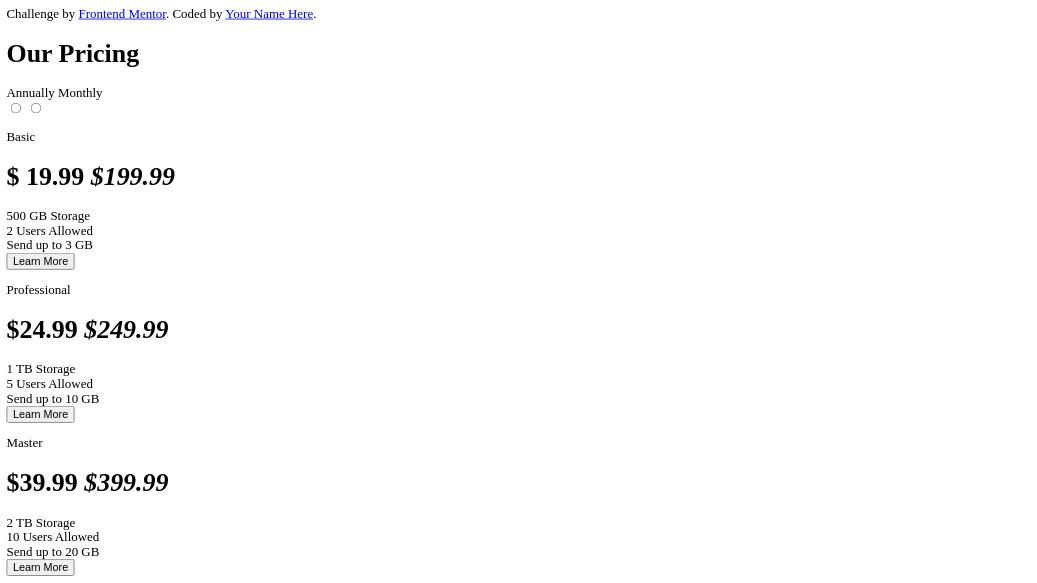
Repository: JuzzJoel/pricing-component-with-toggle-master
Page: index.html
The author's editor kept a copy of each file at every save. The page is drawn from the files as they stood at one save, then again after a run of saves.
The browser window is 1280 px wide. The pictures show the whole page, at 81% of full size.

Above is the page before, as saved 2025-05-24 11:25:14.

After the next 2 saves:
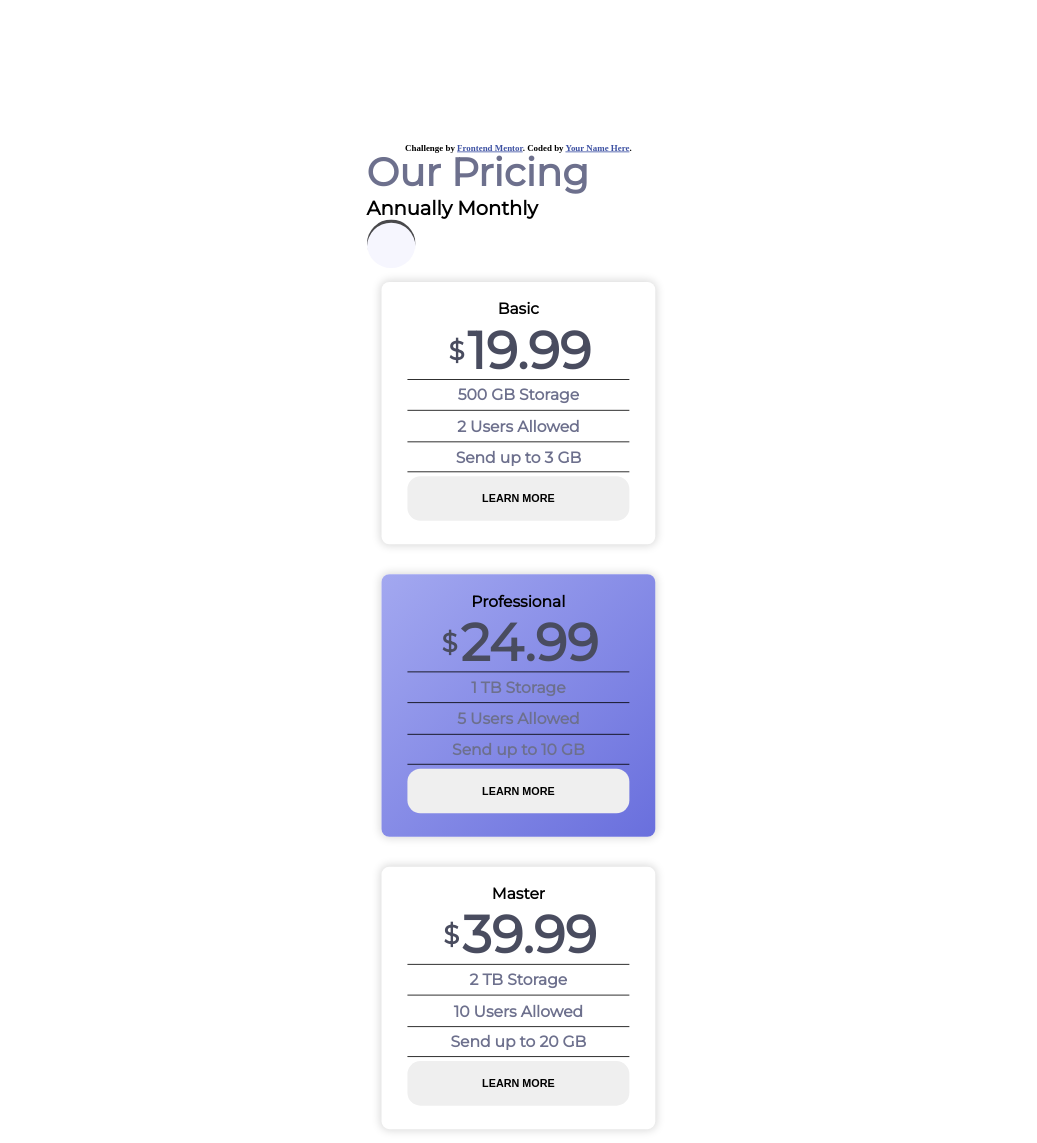
The 2 saves are shown as one change because they came seconds apart.
The last was saved 46 s later.
--- a/index.html
+++ b/index.html
@@ -14,7 +14,7 @@
   <style>
     :root{
 
---linear-gradient: (to bottom right (hsl(236, 72%, 79%) to hsl(237, 63%, 64%));
+      --linear-gradient: linear-gradient(to bottom right, hsl(236, 72%, 79%), hsl(237, 63%, 64%));
 
 --clr-pri: hsl(240, 78%, 98%);
 --clr-pri-acc: hsl(234, 14%, 74%);
